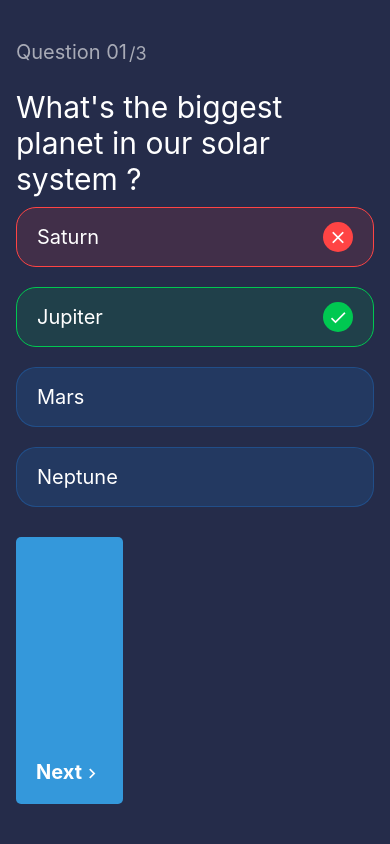
Repository: ds-mbappe/Quiz
Screen: /, after clicking the first element matching `div.r-transitionProperty-1i6wzkk`
The author's editor kept a copy of each file at every save. The screen is drawn from the files as they stood at one save, then again after the next save.
The app was drawn by React Native's web renderer in a window 390 px wide. The project was rebuilt for these pictures with package versions that can differ from the ones it lists, and the page was loaded fresh each time.

Above is the screen before, as saved 2022-05-28 22:37:06.

### App.js
import React from 'react'
import { SafeAreaView, StyleSheet, Text } from 'react-native';
import { Quiz } from './screens';

const App = () => {
  return (
    <Quiz />
  )
}

export default App

const styles = StyleSheet.create({})

### screens/index.js
import Quiz from "./Quiz";

export {
    Quiz
}

### screens/Quiz.js
import React, { useState } from 'react'
import { SafeAreaView, StatusBar, StyleSheet, Text, TouchableOpacity, View } from 'react-native'
import { COLORS, SIZES } from '../constants';
import data from '../data/QuizData';
import MaterialCommunityIcons from 'react-native-vector-icons/MaterialCommunityIcons';

const Quiz = () => {

  const allQuestions = data;
  const [currentQuestionIndex, setCurrentQuestionIndex] = useState(0)
  const [currentOptionSelected, setCurrentOptionSelected] = useState(null);
  const [correctOption, setCorrectOption] = useState(null);
  const [isOptionDisabled, setIsOptionDisabled] = useState(false);
  const [score, setScore] = useState(0);
  const [showNextbutton, setShowNextButton] = useState(false);

  const validateAnswer = (selectedOption) => {
    let correct_option = allQuestions[currentQuestionIndex]['correct_option'];
    setCurrentOptionSelected(selectedOption);
    setCorrectOption(correct_option);
    setIsOptionDisabled(true);
    if(selectedOption == correct_option) {
      setScore(score + 1);
    }

    // Show Next Button
    setShowNextButton(true);
  }

  const renderQuestion = () => {
    return (
      <View>
        {/* Question Counter */}
        <View style={styles.questions}>
          <Text style={{color: COLORS.white, fontSize: 20, opacity: 0.6, marginRight: 2}}>{"Question " + currentQuestionIndex + 1}</Text>
          <Text style={{color: COLORS.white, fontSize: 18, opacity: 0.6}}>/{allQuestions.length}</Text>
        </View>

        <View style={{height: 25}}>
        </View>

        {/* Question */}
        <Text style={{color: COLORS.white, fontSize: 30}}>{allQuestions[currentQuestionIndex]?.question}</Text>
      </View>
    )
  }

  const renderOptions = () => {
    return (
      <View>
        {
          allQuestions[currentQuestionIndex]?.options.map(option => (
            <TouchableOpacity
              onPress={() => validateAnswer(option)}
              disabled={isOptionDisabled}
              key={option}
              style={{
                borderWidth: 1,
                borderColor: option == correctOption
                  ? COLORS.success
                  : option == currentOptionSelected
                    ? COLORS.error
                    : COLORS.secondary + '40',
                backgroundColor: option == correctOption
                ? COLORS.success + '20'
                : option == currentOptionSelected
                  ? COLORS.error + '20'
                  : COLORS.secondary + '20',
                height: 60,
                borderRadius: 20,
                flexDirection: 'row',
                alignItems: 'center',
                justifyContent: 'space-between',
                paddingHorizontal: 20,
                marginVertical: 10
              }}>
              <Text style={{ fontSize: 20, color: COLORS.white }}>{option}</Text>

              {/* Show Check or Cross based on answer */}
              {
                option == correctOption ? (
                  <View style={{
                    width: 30,
                    height: 30,
                    borderRadius: 30 / 2,
                    backgroundColor: COLORS.success,
                    justifyContent: 'center',
                    alignItems: 'center'
                  }}>
                    <MaterialCommunityIcons name="check" style={{
                      color: COLORS.white,
                      fontSize: 20
                    }} />
                  </View>
                ) : option == currentOptionSelected ?(
                  <View style={{
                    width: 30,
                    height: 30,
                    borderRadius: 30 / 2,
                    backgroundColor: COLORS.error,
                    justifyContent: 'center',
                    alignItems: 'center'
                  }}>
                    <MaterialCommunityIcons name="close" style={{
                      color: COLORS.white,
                      fontSize: 20
                    }} />
                  </View>
                ) : null
              }
            </TouchableOpacity>
          ))
        }
      </View>
    )
  }

  const renderNextButton = () => {
    if (showNextbutton) {
      return (
        <TouchableOpacity style={{flex: 1, flexDirection: 'row', alignItems: 'flex-end', marginTop: 20, width: '30%', backgroundColor: COLORS.accent, padding: 20, borderRadius: 5}}>
          <Text style={{fontSize: 20, fontWeight: 'bold', color: COLORS.white, textAlign: 'center'}}>Next</Text>
          <MaterialCommunityIcons style={{fontSize: 20, fontWeight: 'bold', color: COLORS.white, textAlign: 'center'}} name='chevron-right'/>
        </TouchableOpacity>
      )
    }
    else {
      return null;
    }
  }

  return (
    <SafeAreaView style={styles.container}>
      <StatusBar barStyle='light-content' backgroundColor={COLORS.primary} />
      <View style={styles.mainView}>

        {/* ProgressBar */}

        {/* Question */}
        {renderQuestion()}

        {/* Options */}
        {renderOptions()}

        {/* Next Button */}
        {renderNextButton()}

      </View>
    </SafeAreaView>
  )
}

export default Quiz

const styles = StyleSheet.create({
  container: {
    flex: 1,
    backgroundColor: COLORS.background
  },
  mainView: {
    flex: 1,
    paddingVertical: 40,
    paddingHorizontal: 16,
    backgroundColor: COLORS.background,
    position: 'relative',
  },
  questions: {
    flexDirection: 'row',
    alignItems: 'flex-end',
  }
})

### data/QuizData.js
let data = [
    {
        question: "What's the biggest planet in our solar system ?",
        options: ["Saturn", "Jupiter", "Mars", "Neptune"],
        correct_option: "Jupiter"
    },
    {
        question: "Which animal can open his mouth the widest ?",
        options: ["Crocodile", "Lion", "Gorilla", "Hippo"],
        correct_option: "Hippo"
    },
    {
        question: "WHat is the largest animal on earth ?",
        options: ["The lion King", "The giraffe", "The blue whale", "The elephant"],
        correct_option: "The blue whale"
    },
    // {
    //     question: ,
    //     options: ,
    //     correct_option:
    // },
    // {
    //     question: ,
    //     options: ,
    //     correct_option:
    // }
]

export default data;

### constants/theme.js
import { Dimensions } from "react-native";
const { width, height } = Dimensions.get('window');

export const COLORS = {
    primary: "#252C4A",
    secondary: "#1E90FF",
    accent: "#3498DB",

    success: "#00C851",
    error: "#FF4444",

    black: "#171717",
    white: "#FFFFFF",
    background: "#252C4A"
}

export const SIZES = {
    base: 10,
    width,
    height
}

Loaded but not shown: constants/index.js (common file)

After the next save:
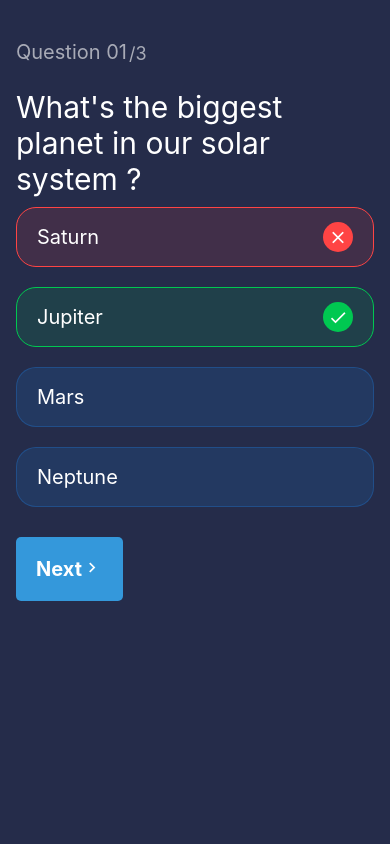
Saved 22 s later.
--- a/screens/Quiz.js
+++ b/screens/Quiz.js
@@ -118,7 +118,7 @@ const Quiz = () => {
   const renderNextButton = () => {
     if (showNextbutton) {
       return (
-        <TouchableOpacity style={{flex: 1, flexDirection: 'row', alignItems: 'flex-end', marginTop: 20, width: '30%', backgroundColor: COLORS.accent, padding: 20, borderRadius: 5}}>
+        <TouchableOpacity style={{flexDirection: 'row', marginTop: 20, width: '30%', backgroundColor: COLORS.accent, padding: 20, borderRadius: 5}}>
           <Text style={{fontSize: 20, fontWeight: 'bold', color: COLORS.white, textAlign: 'center'}}>Next</Text>
           <MaterialCommunityIcons style={{fontSize: 20, fontWeight: 'bold', color: COLORS.white, textAlign: 'center'}} name='chevron-right'/>
         </TouchableOpacity>
